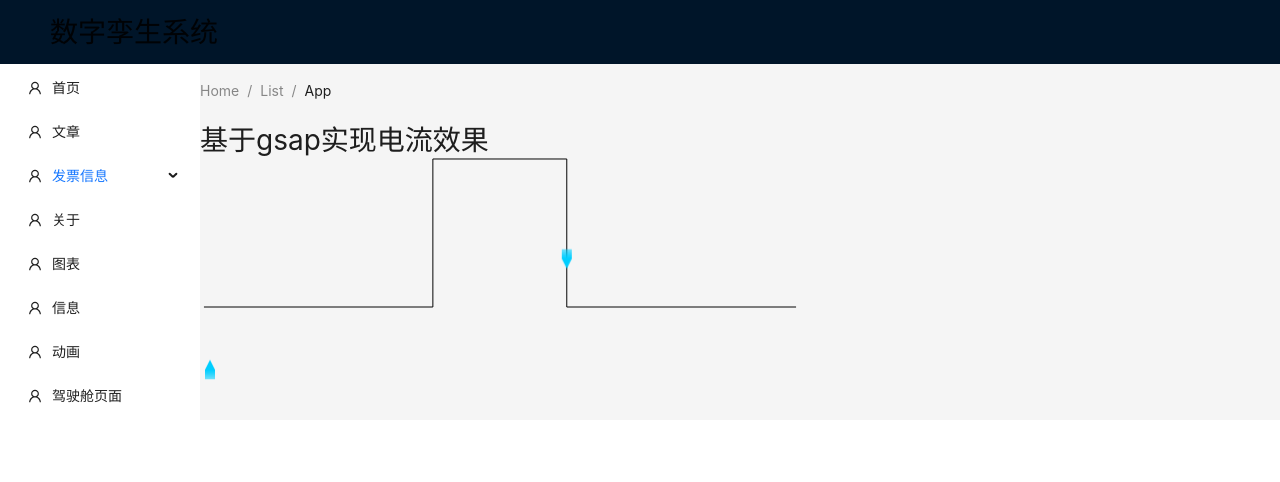
Repository: HailiePan/webpack-react-practice
Page: /animation
An editor plug-in stored every save of this project. The page is shown before and after the next save, followed by the edit.
The browser window is 1280 px wide. The pictures show the whole page.
The project was rebuilt for these pictures with package versions that can differ from the ones it lists, and the page was loaded fresh each time. Also part of the build but not shown: src/pages/Animation/component/ScrollAnimation/index.jsx, src/pages/Home.jsx, src/pages/Invoices/index.jsx, src/pages/Invoices/Invoice.jsx, src/pages/Invoices/Pending.jsx, src/pages/Invoices/Complete.jsx, src/components/CommonBox/index.less, src/components/CommonBox/index.jsx and 27 more.

Above is the page before, as saved 2024-01-24 15:42:19.

### index.html
<!--
 * Author  hailie.pan
 * Date  2023-10-08 16:03:03
 * LastEditors  hailie.pan
 * LastEditTime  2023-10-08 16:03:04
 * Description  file content
-->
<!--
 * Author  hailie.pan
 * Date  2023-10-07 17:34:05
 * LastEditors  hailie.pan
 * LastEditTime  2023-10-07 17:34:06
 * Description  file content
-->
<!DOCTYPE html>
<html lang="en">
  <head>
    <meta charset="UTF-8" />
    <meta http-equiv="X-UA-Compatible" content="IE=edge" />
    <meta name="viewport" content="width=device-width, initial-scale=1.0" />
    <title>Document</title>
  </head>
  <body>
    <div id="app"></div>
  </body>
</html>

### src/index.jsx
/*
 * Author  hailie.pan
 * Date  2023-10-07 17:16:58
 * LastEditors  hailie.pan
 * LastEditTime  2023-10-24 17:39:40
 * Description  file content
 */
import React, { StrictMode } from "react";
import * as ReactDOM from "react-dom/client";
import { BrowserRouter, useRoutes } from "react-router-dom";
import { routes } from "@/router";
const App = () => {
  return useRoutes(routes);
};
const root = ReactDOM.createRoot(document.getElementById("app"));
// v18 的新方法
root.render(
  <StrictMode>
    <BrowserRouter>
      <App />
    </BrowserRouter>
  </StrictMode>
);

// BrowserRouter下直接渲染useRoutes,routes里配置好路径对应的组件
// 然后就会显示路径对应的组件
// useRoutes(routes)必须在函数里写着

### src/router/index.js
/*
 * @Author: Hailie.Pan
 * @Date: 2023-11-28 10:30:45
 * @LastEditors: Hailie.Pan
 * @LastEditTime: 2024-01-11 10:41:08
 * @Description:
 */
/*
 * Author  hailie.pan
 * Date  2023-10-13 17:13:27
 * LastEditors  hailie.pan
 * LastEditTime  2023-11-28 10:30:45
 * Description  file content
 */
import React from "react";
import { useRoutes } from "react-router-dom";

import BaseLayout from "@/BaseLayout";

import Home from "@/pages/Home";
import Invoices from "@/pages/Invoices";
import Invoice from "@/pages/Invoices/Invoice";
import Pending from "@/pages/Invoices/Pending";
import Complete from "@/pages/Invoices/Complete";
import About from "@/pages/About";
import Article from "@/pages/Article";
import ControlRoomFirstPage from "@/pages/ControlRoomFirstPage";
import Chart from "@/pages/Chart";
import Info from "@/pages/Info";
import Animation from '@/pages/Animation'

const routes = [
  {
    path: "/",
    element: <BaseLayout />,
    name: "一级场景",
    children: [
      { path: "/home", element: <Home />, name: "首页" },
      { path: "/article", element: <Article />, name: "文章" },
      {
        // path: "/invoices",
        // element: <Invoices />,
        name: "发票信息",
        children: [
          {
            path: "/invoices/invoicesDetail/:id",
            element: <Invoice />,
            name: "发票1详情",
          },
          {
            path: "/invoices/pending",
            element: <Pending />,
            name: "发票2详情",
          },
          {
            path: "/invoices/complete",
            element: <Complete />,
            name: "发票3详情",
          },
        ],
      },

      {
        path: "/about",
        element: <About />,
        name: "关于",
      },
      {
        path: "/chart",
        element: <Chart />,
        name: "图表",
      },
      {
        path: "/info",
        element: <Info />,
        name: "信息",
      },
      {
        path: "/animation",
        element: <Animation />,
        name: "动画",
      },
    ],
  },
  {
    path: "/controlRoomFirstPage",
    element: <ControlRoomFirstPage />,
    name: "驾驶舱页面",
  },
];

export { routes };

### src/BaseLayout/index.jsx
/*
 * Author  hailie.pan
 * Date  2023-10-13 17:28:32
 * LastEditors  hailie.pan
 * LastEditTime  2023-12-04 10:37:50
 * Description  file content
 */

import React, {useEffect, useCallback, useState, useMemo } from 'react';
import { LaptopOutlined, NotificationOutlined, UserOutlined } from '@ant-design/icons';
import { Breadcrumb, Layout, Menu, theme } from 'antd';
import { Link, NavLink, useRoutes, Navigate, Outlet } from 'react-router-dom';
import { gsap } from "gsap";
import { ScrollTrigger } from 'gsap/ScrollTrigger.js'
import { routes } from '@/router';
import StateContext from './data.js';
import styles from './index.less';
import ScrollAnimation from '@/pages/Animation/component/ScrollAnimation'
const { Header, Content, Sider } = Layout;

export default function BaseLayout() {
  // console.log("routes", routes);
  const [selectedMenuKeys, setSelectedMenuKeys] = useState([]);

  // useMemo缓存菜单的计算方法，避免每次刷新时都计算一遍
  // 这个菜单的算法还是不太优美，不好维护
  let showMenu = useMemo(
    () =>
      routes
        .map((item, index) => {
          if (item.children) {
            const arr2 = item.children.map((c, cIndex) => {
              return {
                key: cIndex,
                icon: React.createElement(UserOutlined),
                name: c.name,
                label: (
                  <NavLink to={c.path} state={'From App'}>
                    {c.name}
                  </NavLink>
                ),
                children: c?.children?.map((t, tIndex) => ({
                  key: `${cIndex}-${tIndex}`,
                  icon: React.createElement(UserOutlined),
                  name: t.name,
                  label: <NavLink to={t.path}>{t.name}</NavLink>
                }))
              };
            });
            return arr2;
          } else {
            return {
              key: 'dandu' + index,
              icon: React.createElement(UserOutlined),
              name: item.name,
              label: (
                <NavLink to={item.path} state={'From App'}>
                  {item.name}
                </NavLink>
              )
            };
          }
        })
        .flat(), // arr2是个数组，放到showMenu数组里需要拉平
    []
  );
  showMenu.flat();
  // console.log("showMenu", showMenu);

  const menuArr = [
    {
      key: 0,
      icon: React.createElement(UserOutlined),
      label: (
        <NavLink to="/home" state={'From App'}>
          首页
        </NavLink>
      )
    },

    {
      key: 1,
      icon: React.createElement(LaptopOutlined),
      label: <NavLink to="invoices">发票信息</NavLink>,
      children: [
        {
          key: '1-0',
          label: <NavLink to="/invoices/invoicesDetail/1?a=a&b=b">发票1详情页</NavLink>
        },
        {
          key: '1-1',
          label: <NavLink to="/invoices/pending?fromPage=菜单点击">发票2详情页</NavLink>
        },
        {
          key: '1-2',
          label: (
            <NavLink to="/invoices/complete" state={'左侧菜单点击'}>
              发票3详情页
            </NavLink>
          )
        }
      ]
    },
    {
      key: 2,
      icon: React.createElement(NotificationOutlined),
      label: <NavLink to="about">关于</NavLink>
    },
    {
      key: 3,
      icon: React.createElement(NotificationOutlined),
      label: <NavLink to="controlRoomFirstPage">驾驶舱页面</NavLink>
    },
    {
      key: 4,
      icon: React.createElement(LaptopOutlined),
      label: <NavLink to="article">文章</NavLink>
    }
  ];

  const onSelectMenu = ({ item, key, keyPath, selectedKeys, domEvent }) => {
    setSelectedMenuKeys([key]);
  };

  const [state, setState] = useState('playing');

  // useEffect(()=>{
  //   gsap.registerPlugin(ScrollTrigger)
  //     // 绿色方块
  //     gsap.to("#ewrwer", {
  //       rotation: 900,
  //       x:400,
  //       duration: 1,
  //       scrollTrigger: {
  //         trigger: '#ewrwer', // 动画的元素
  //         scroller: document.getElementById('21321'), // 滚动的元素
  //         scrub: 2,
  //         markers: true,
  //       },

  //     });
  // },[])

  return (
    <Layout className={styles.layoutWrap}>
{/*
      <div className={styles.box} id='21321'>
        <div className={styles.green} id='ewrwer'></div>
        <div style={{height:'1000px'}} />
      </div> */}

      {/* <ScrollAnimation /> */}


      <Header className={styles.header}>
        <div className={styles.logo} />

        <h1>数字孪生系统</h1>
      </Header>

      <Layout>
        <Sider className={styles.sider}>
          <Menu
            mode="inline"
            // defaultSelectedKeys={["0"]}
            // defaultOpenKeys={["sub1"]}
            style={{
              height: '100%',
              borderRight: 0
            }}
            items={showMenu}
            selectedKeys={selectedMenuKeys}
            onSelect={onSelectMenu}
          />
        </Sider>

        <Layout className={styles.rightLayout}>
          <Breadcrumb
            style={{
              margin: '16px 0'
            }}
          >
            <Breadcrumb.Item>Home</Breadcrumb.Item>
            <Breadcrumb.Item>List</Breadcrumb.Item>
            <Breadcrumb.Item>App</Breadcrumb.Item>
          </Breadcrumb>

          <StateContext.Provider value={{ state, setState }}>
            <Content className={styles.content} id='content'>
              <Outlet />
            </Content>
          </StateContext.Provider>
        </Layout>
      </Layout>
    </Layout>
  );
}

### src/pages/Animation/index.jsx
/*
 * @Author: Hailie.Pan
 * @Date: 2024-01-11 10:41:16
 * @LastEditors: Hailie.Pan
 * @LastEditTime: 2024-01-24 15:25:22
 * @Description:
 */
import React, { useRef, useEffect, useState } from 'react';
import { gsap } from 'gsap';
import { ScrollTrigger } from 'gsap/ScrollTrigger.js';
import MoveBox from './component/MoveBox';
import MoveOnPath from './component/MoveOnPath';
import CanvasDraw from './component/CanvasDraw';
import TimeLine from './component/TimeLine';
import ScrollAnimation from './component/ScrollAnimation';
import ScrollAnimation2 from './component/ScrollAnimation2';
import ImitateElectricity from './component/ImitateElectricity';
import DraggableCom from './component/DraggableCom';
import styles from './index.module.less';

export default function Animation() {
  let obj = { myNum: 10, myColor: 'red' };

  useEffect(() => {
    // stagger 依次执行动画
    // gsap.to([boxRef.current, boxRef2.current, boxRef3.current], {
    //   rotation: 360,
    //   stagger:1,
    //   duration:2
    // });

    gsap.to(obj, {
      myNum: 200,
      myColor: 'blue',
      onUpdate: () => {
        console.log('onUpdate', obj.myColor);
      },
      onComplete: () => console.log('onComplete', obj.myNum, obj.myColor)
    });
  }, []);

  return (
    <div className={styles.wrap}>
      {/* <MoveBox /> */}

      {/* 在canvas中驱动元素绘制 */}
      {/* <CanvasDraw /> */}

      {/* 时间线动画 stagger依次错开 */}
      {/* <TimeLine /> */}

      {/* 元素沿SVG路径移动 */}
      {/* <MoveOnPath /> */}

      {/* 把canvas的效果和gsap的效果放在一起对比 */}
      {/* 模拟电流效果 */}
      <ImitateElectricity />

      {/* 滚动动画 */}
      {/* <ScrollAnimation /> */}

      {/* 滚动动画 */}
      {/* <ScrollAnimation2 /> */}

      {/* 可拖拽 */}
      {/* <DraggableCom /> */}
    </div>
  );
}

### src/BaseLayout/data.js
/*
 * Author  hailie.pan
 * Date  2023-11-28 10:20:25
 * LastEditors  hailie.pan
 * LastEditTime  2023-11-28 10:26:27
 * Description  file content
 */
import { createContext } from "react";

const StateContext = createContext({});

export default StateContext;

### src/BaseLayout/index.less
body {
  margin: 0;
  // height: 200vh;
}


.layoutWrap {
  height: 100vh;
  overflow-y: auto;
}

.box{
  height: 200px;
  overflow-y: auto;
  // border: 1px solid rgb(239, 200, 151);
}
.green{
  width: 50px;
  height: 50px;
  background-color: green;
  border-radius: 4px;
  margin: 0 auto;
  position: fixed;
  top: 50%;
  left: 50%;
}
.header {
  display: flex;
  align-items: center;

  .logo {
    width: 100px;
    height: 40px;
    background: rgba(255, 255, 255, 0.5);
    margin-right: 20px;
  }
  h1 {
    color: #fff;
    padding: 0;
    margin: 0;
  }
}
@colorBgContainer: #fff;
.sider {
  width: 200;
  background: @colorBgContainer;
}
.rightLayout {
  padding: 0 24px 24px;
}

.content {
  padding: 24px;
  margin: 0;
  min-height: 280px;
  background: @colorBgContainer;
  // border: 1px solid green; // 高度没有被页面的高度撑开
  // height: auto;
  overflow-y: scroll;
}

### src/pages/home.less
@color: rgb(248, 157, 39);

@font-face {
  font-family: "DIN";
  src: url("@/assets/fonts/庞门正道标题体2.0增强版.ttf");
  font-style: normal;
  font-weight: normal;
}
.wrapper {
  font-weight: 700;
  color: #333;

  ul {
    color: @color;
    // list-style-type: none;
  }
  .fontStyle {
    font-family: "DIN";
  }

  .box {
    height: 500px;
    margin-top: 20px;
    display: flex;
    .item {
      flex-shrink: 1; //属性定义了项目的缩小比例，默认为1，即如果空间不足，该项目将缩小
      flex-grow: 1; // 定义项目的放大比例，默认为0，即如果存在剩余空间，也不放大
      width: 300px;
      background-color: #fce09e;
      border: 1px solid rgb(255, 162, 0);
    }
  }
  .showImg {
    display: flex;
    img {
      width: 100px;
      height: 100px;
      margin-top: 10px;
      display: block;
    }
  }
}

### src/pages/Animation/component/ImitateElectricity/index.jsx
/*
 * @Author: Hailie.Pan
 * @Date: 2024-01-16 22:18:53
 * @LastEditors: Hailie.Pan
 * @LastEditTime: 2024-01-24 15:36:54
 * @Description:
 */
import React, { useEffect, useRef } from 'react';
import { gsap } from 'gsap';
import { MotionPathPlugin, MotionPathHelper } from 'gsap/all';
import styles from './index.module.less';

export default function ImitateElectricity() {
  const jiantou = useRef();
  const jiantou2 = useRef();

  useEffect(() => {
    // 注册插件
    gsap.registerPlugin(MotionPathPlugin);

    const tl = gsap.timeline();

    gsap.set([jiantou.current, jiantou2.current], { scale: 0.5, autoAlpha: 1 });

    tl.to([jiantou.current], {
      duration: 8,
      ease: 'none',
      immediateRender: true,
      repeat: -1, // 重复
      stagger: 2, // 间隔时间
      motionPath: {
        path: '#xianlu', // 路径
        align: '#xianlu', // 对齐到路径
        alignOrigin: [0.5, 0.5], // 对齐原点
        autoRotate: 90 // 沿路径方向旋转角度
        // offsetX: -20,
        // offsetY: 0,
      }
    });
    // gsap.registerPlugin(MotionPathPlugin, MotionPathHelper)
  }, []);

  return (
    <div>
      <h1>基于gsap实现电流效果</h1>
      {/* svg路径必须是path */}
      <svg class={styles.motionPath} viewBox="0 0 600 152">
        <path fill="none" stroke="#000" d="m0,151h231.97V1h135.69v150h232.35" />
        {/* <path
          id="xianlu"
          fill="none"
          stroke="rgba(0,0,0,0)"
          d="m0,151h223.65c4.6,0,8.32-3.73,8.32-8.32V9.52c0-4.7,3.81-8.52,8.52-8.52h119.02c4.5,0,8.15,3.65,8.15,8.15v133.68c0,4.51,3.66,8.17,8.17,8.17h224.18"
        /> */}
        {/* <path
          id="xianlu"
          fill="none"
          stroke="rgba(0,0,0,0)"
          d="m0,151h215.39c9.15,0,16.58-7.42,16.58-16.58V17.77c0-9.26,7.51-16.77,16.77-16.77h102.51c9.06,0,16.41,7.35,16.41,16.41v117.17c0,9.07,7.35,16.42,16.42,16.42h215.93"
        /> */}
        <path
          id="xianlu"
          fill="none"
          stroke="rgba(0,0,0,0)"
          d="m0,151h209.78c12.26,0,22.19-9.94,22.19-22.19V23.39c0-12.37,10.02-22.39,22.39-22.39h91.28c12.16,0,22.02,9.86,22.02,22.02v105.94c0,12.17,9.87,22.04,22.04,22.04h210.31"
        />
      </svg>

      <div className={styles.jiantou} ref={jiantou}></div>
      <div className={styles.jiantou} ref={jiantou2}></div>
    </div>
  );
}

### src/pages/Animation/component/ScrollAnimation/index.module.less

.wrap{
  border:1px solid red;
  height: 600px;
  background-color: #111;
  color: white;
  // overflow-x: hidden;
  overflow-y: scroll;
}
h1, h2 {
  margin: 0;
  font-weight: 400;
  max-width: none;
}
.headerSection{
  height: 400px;
  line-height: 400px;
  border: 1px solid rgb(255, 140, 0);
}

.comparisonSection {
  position: relative;
  padding-bottom: 56.25%; /* to maintain aspect ratio (responsive!) */
  border: 1px solid yellow;

  .comparisonImage {
    width: 100%;
    height: 100%;

    img {
      width: 100%;
      height: 100%;
      position: absolute;
      top: 0;
    }
  }

  .afterImage {
    position: absolute;
    overflow: hidden;
    top: 0;
    transform: translate(100%, 0px);
    img {
      transform: translate(-100%, 0px);
    }
  }
}

### src/pages/Animation/component/ImitateElectricity/index.module.less
.motionPath {
  overflow: visible;
  width: 600px;
  height: 150px;
}

.jiantou {
  width: 20px;
  height: 39px;
  background: url('./assets/jiantou2.png');
}

After the next save:
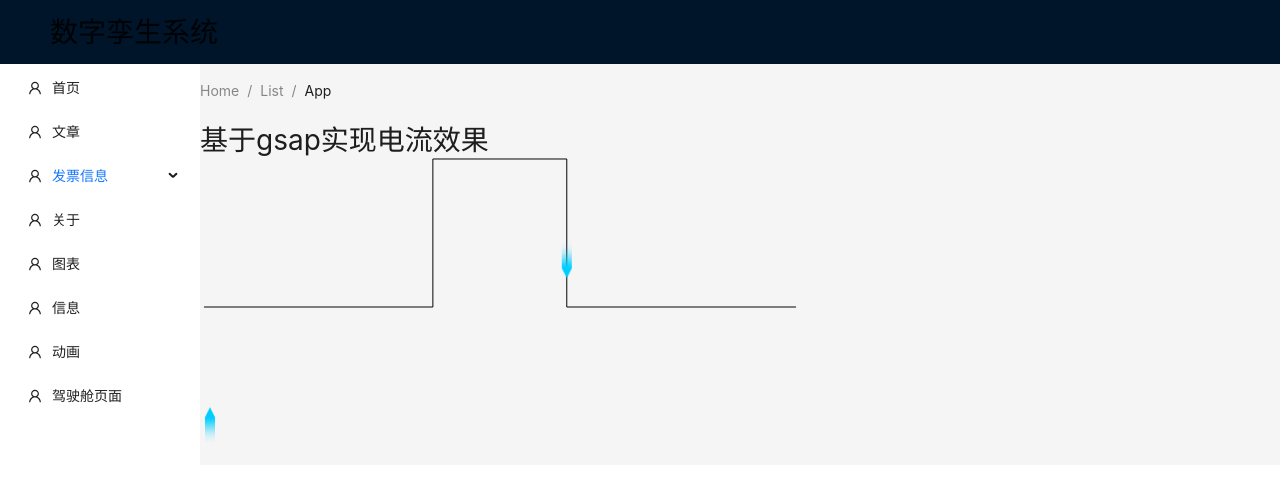
Saved 54 s later.
--- a/src/pages/Animation/component/ImitateElectricity/index.module.less
+++ b/src/pages/Animation/component/ImitateElectricity/index.module.less
@@ -6,6 +6,6 @@
 
 .jiantou {
   width: 20px;
-  height: 39px;
+  height: 77px;
   background: url('./assets/jiantou2.png');
 }
